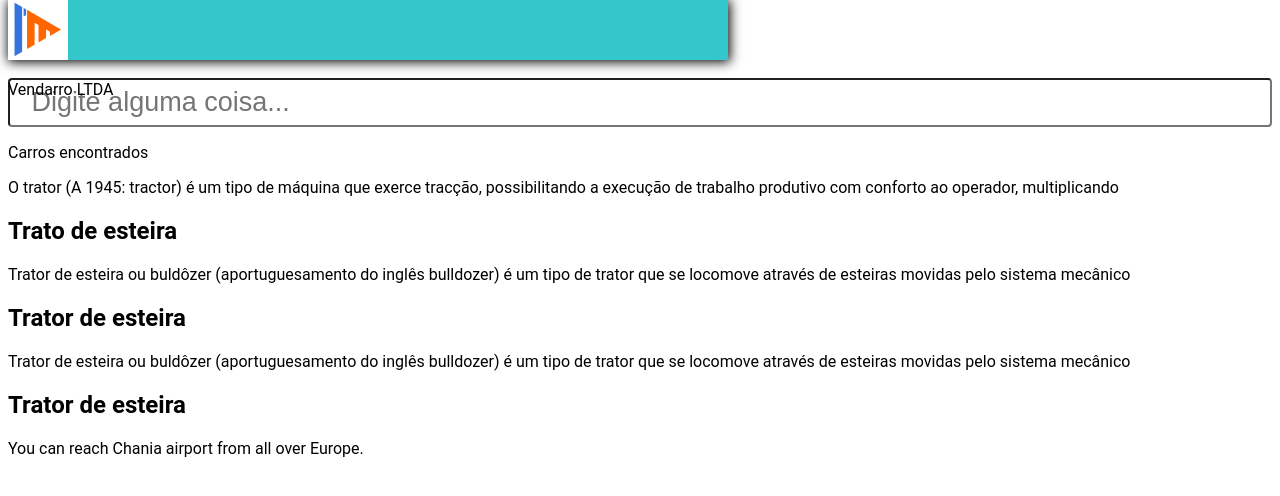
Repository: ecrseer/pesquisa-carros-html
Page: index.html
The author's editor kept a copy of each file at every save. The page is drawn from the files as they stood at one save, then again after the next save.
The browser window is 1280 px wide. The pictures show the whole page.

Above is the page before, as saved 2022-01-21 16:37:59.

After the next save:
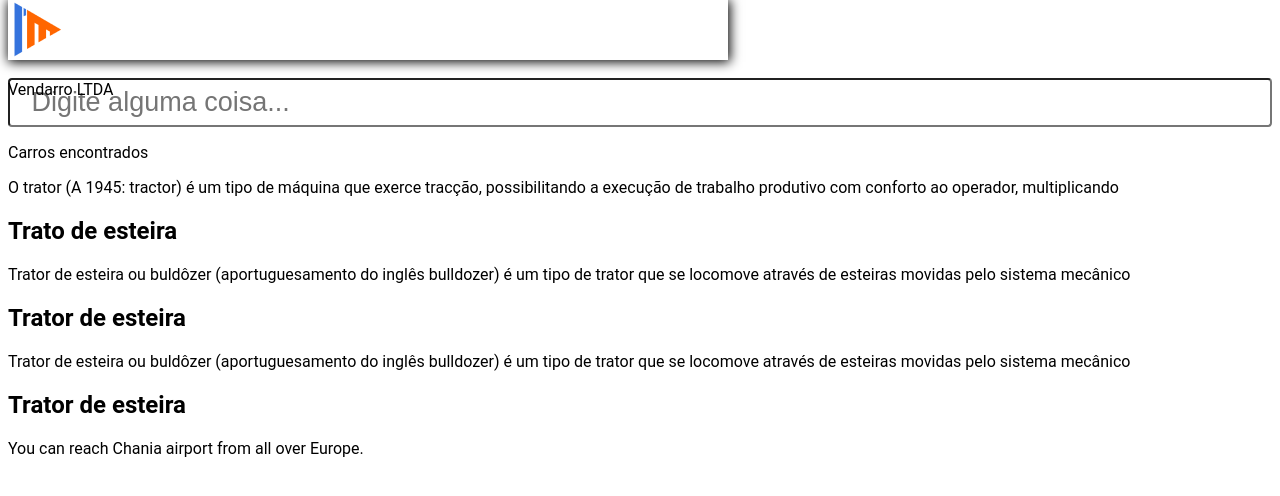
Saved 4 s later.
--- a/index.css
+++ b/index.css
@@ -22,7 +22,6 @@
   }
 
   .header {
-    background-color: #33c7cc;
     position: fixed;
     top:0;
     width: 100vh;
